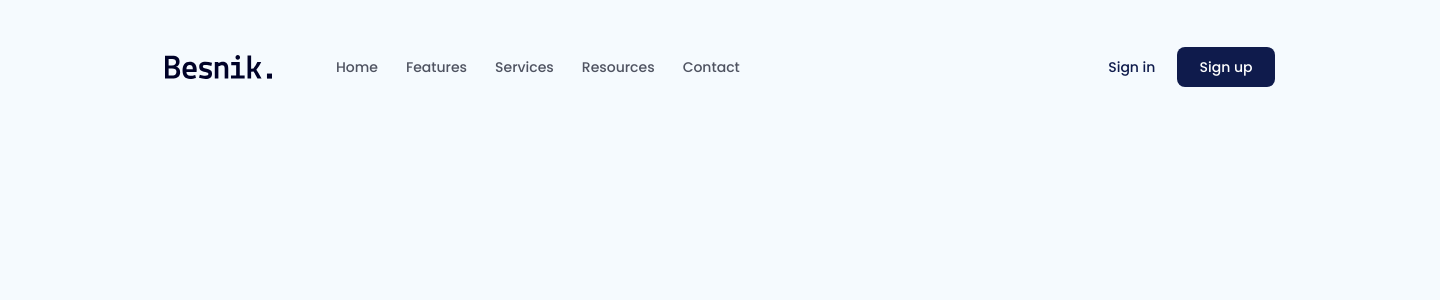
Repository: Tctiensk/f8-htmlcss-01
Page: index.html
The author's editor kept a copy of each file at every save. The page is drawn from the files as they stood at one save, then again after the next save.
The browser window is 1280 px wide. The page is 1440 px wide, so the pictures cover 1440 px, including what lies to the right of the window. The pictures show the whole page.

Above is the page before, as saved 2022-11-29 22:33:09.

After the next save:
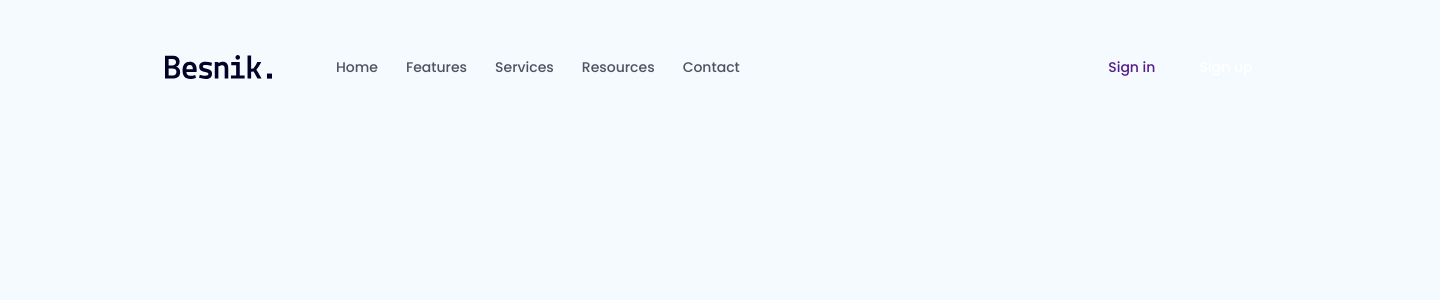
Saved 42 s later.
--- a/assets/css/style.css
+++ b/assets/css/style.css
@@ -54,13 +54,13 @@
     font-weight: 500;
     font-size: 1.4rem;
     line-height: 21px;
-    color: #0f1b4c;
+    color: var(primary-color);
 }
 .btn {
     display: inline-block;
     min-width: 98px;
     padding: 18px 16px;
-    background: #0f1b4c;
+    background: var(primary-color);
     border-radius: 8px;
     font-weight: 500;
     font-size: 1.4rem;

After the save that followed:
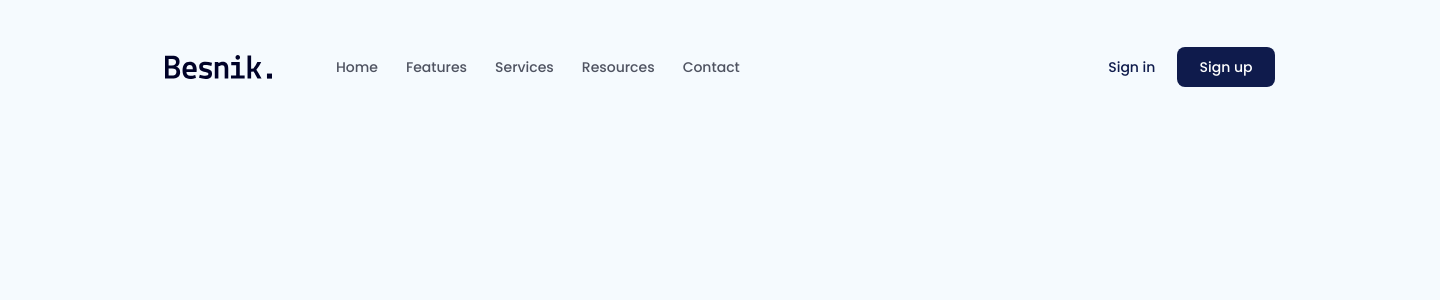
Saved 21 s later.
--- a/assets/css/style.css
+++ b/assets/css/style.css
@@ -54,13 +54,13 @@
     font-weight: 500;
     font-size: 1.4rem;
     line-height: 21px;
-    color: var(primary-color);
+    color: var(--primary-color);
 }
 .btn {
     display: inline-block;
     min-width: 98px;
     padding: 18px 16px;
-    background: var(primary-color);
+    background: var(--primary-color);
     border-radius: 8px;
     font-weight: 500;
     font-size: 1.4rem;
